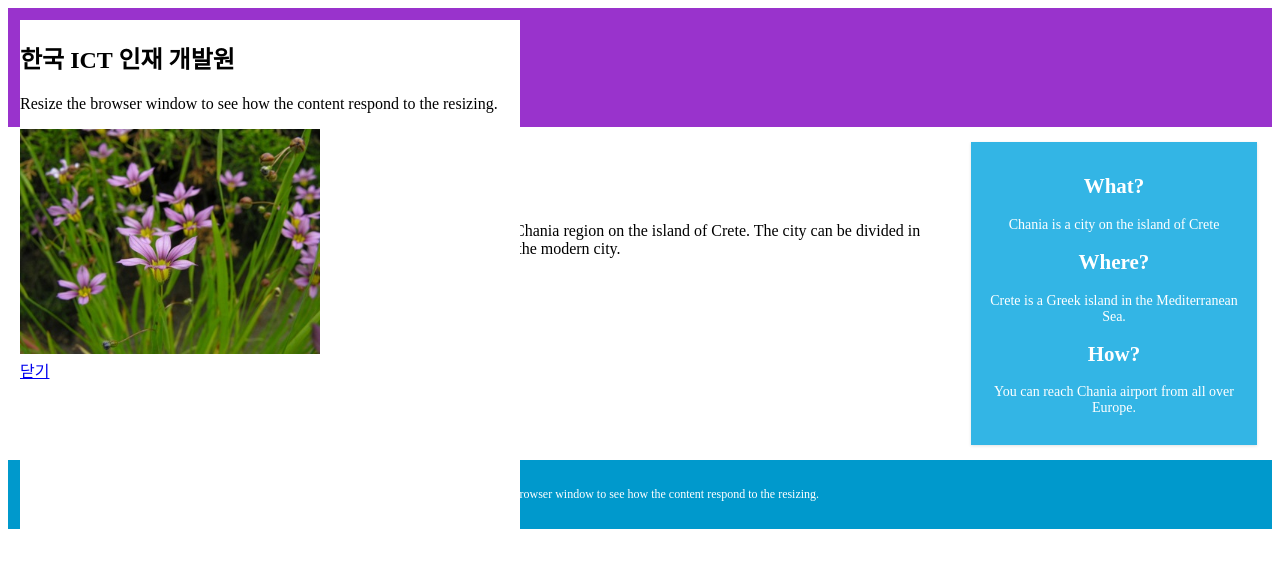
Repository: ady0099/webstudy
Page: 03_javascript/src/main/webapp/day02/ex18_event.html
These files come from the project's save history. The page is drawn as it stood at one moment and after the next save; the edit follows.
The browser window is 1280 px wide. The pictures show the whole page.

Above is the page before, as saved 2023-06-28 08:06:25.

After the next save:
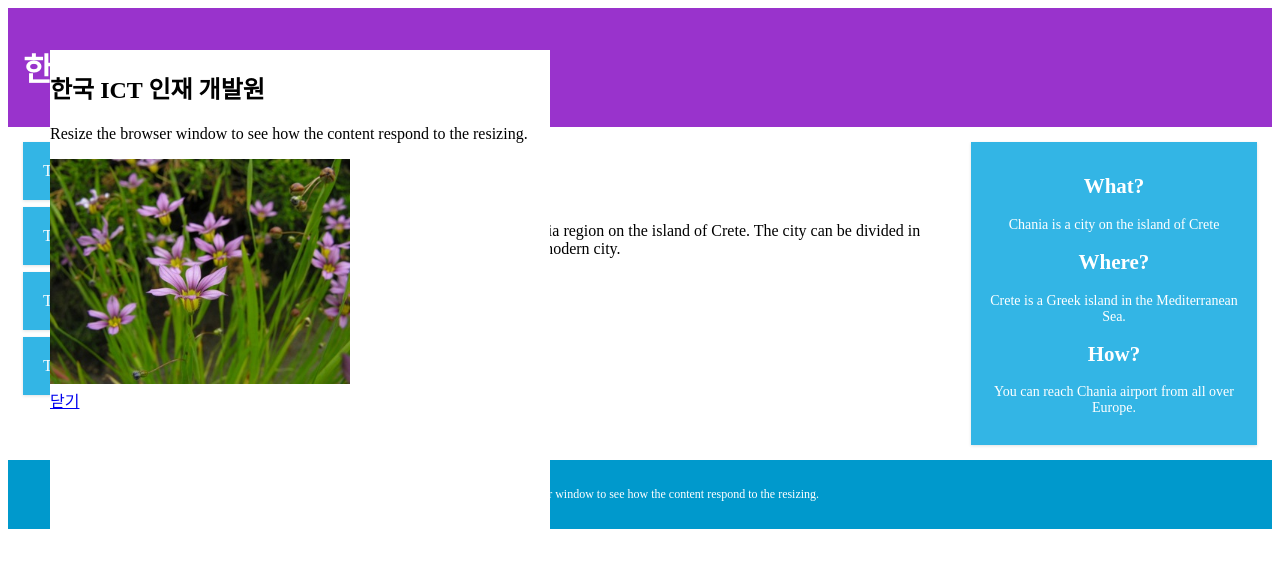
Saved 9 s later.
--- a/03_javascript/src/main/webapp/day02/ex18_event.html
+++ b/03_javascript/src/main/webapp/day02/ex18_event.html
@@ -78,8 +78,8 @@
 				width: 500px;
 				height: 800px;
 				position: fixed;
-				top:20px;
-				left:20px;
+				top:50px;
+				left:50px;
 				overflow: hidden;
 				background-color: white;
 			 }
